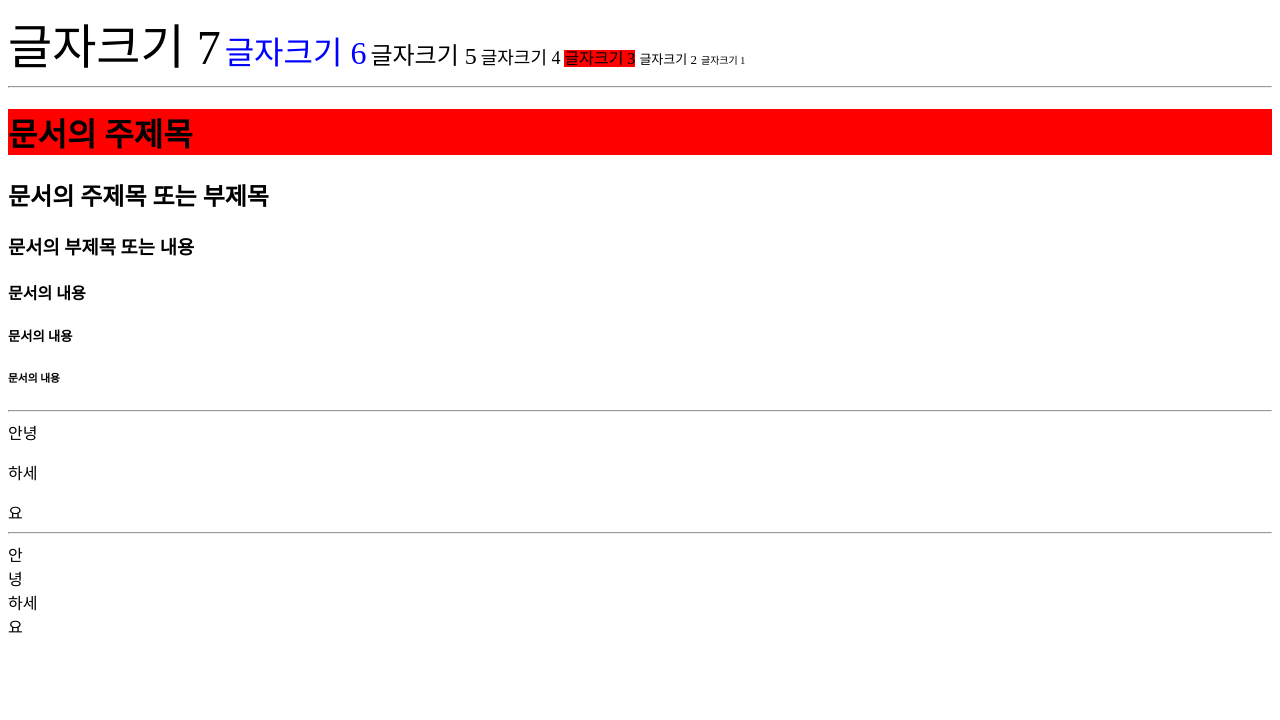
Repository: hui-Joo/html
Page: html/day01.html
The author's editor kept a copy of each file at every save. The page is drawn from the files as they stood at one save, then again after the next save.
The browser window is 1280 px wide. The pictures show the whole page.

Above is the page before, as saved 2021-10-04 05:07:30.

### html/day01.html
<!DOCTYPE html>
<html>
<head>
<meta charset="utf-8"> <!-- 이건 없어됨 꺽쇠 느낌표 바바가 주석임 -->
<title>Insert title here</title>
</head>
<!--
<body text="white" bgcolor="black">
-->
<body>

<font size="7">글자크기 7</font>
<font size="6" face="궁서체" color='blue'>글자크기 6</font>
<font size="5">글자크기 5</font>
<font size="4">글자크기 4</font>
<font size="3" style="background-color: red;">글자크기 3</font>
<font size="2">글자크기 2</font>
<font size="1">글자크기 1</font>

<hr>

<h1 style="background-color: red;">문서의 주제목</h1>
<h2>문서의 주제목 또는 부제목</h2>
<h3>문서의 부제목 또는 내용</h3>
<h4>문서의 내용</h4>
<h5>문서의 내용</h5>
<h6>문서의 내용</h6>

<hr>
	안녕
	<p>하세</p>
	요
<hr>
	안<br>녕<br>
	하세<br>
	요
<!--
	안녕하세요~
-->
</body>
</html>

After the next save:
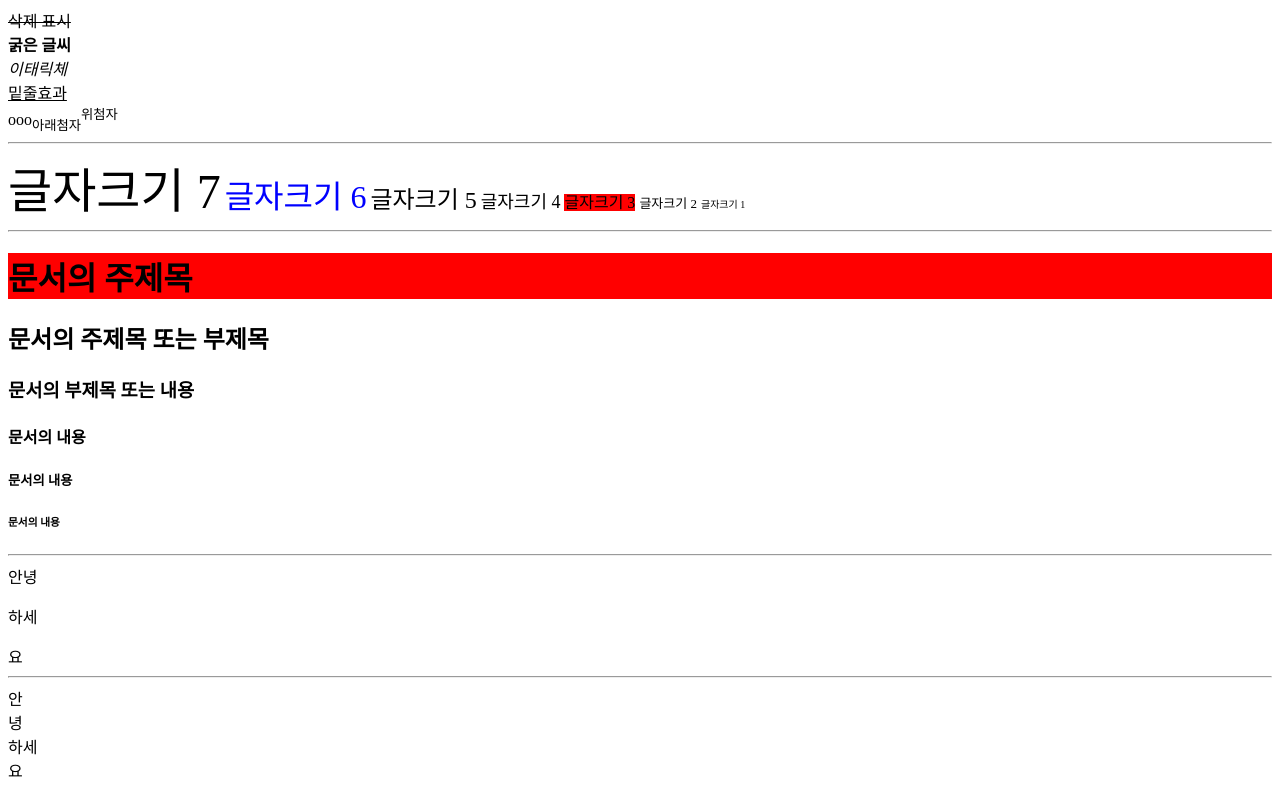
Saved 4 min 8 s later.
--- a/html/day01.html
+++ b/html/day01.html
@@ -8,6 +8,14 @@
 <body text="white" bgcolor="black">
 -->
 <body>
+
+<strike>삭제 표시</strike><br>
+<b>굵은 글씨</b><br>
+<i>이태릭체</i><br>
+<u>밑줄효과</u><br>
+ooo<sub>아래첨자</sub><sup>위첨자</sup>
+
+<hr>
 
 <font size="7">글자크기 7</font>
 <font size="6" face="궁서체" color='blue'>글자크기 6</font>
